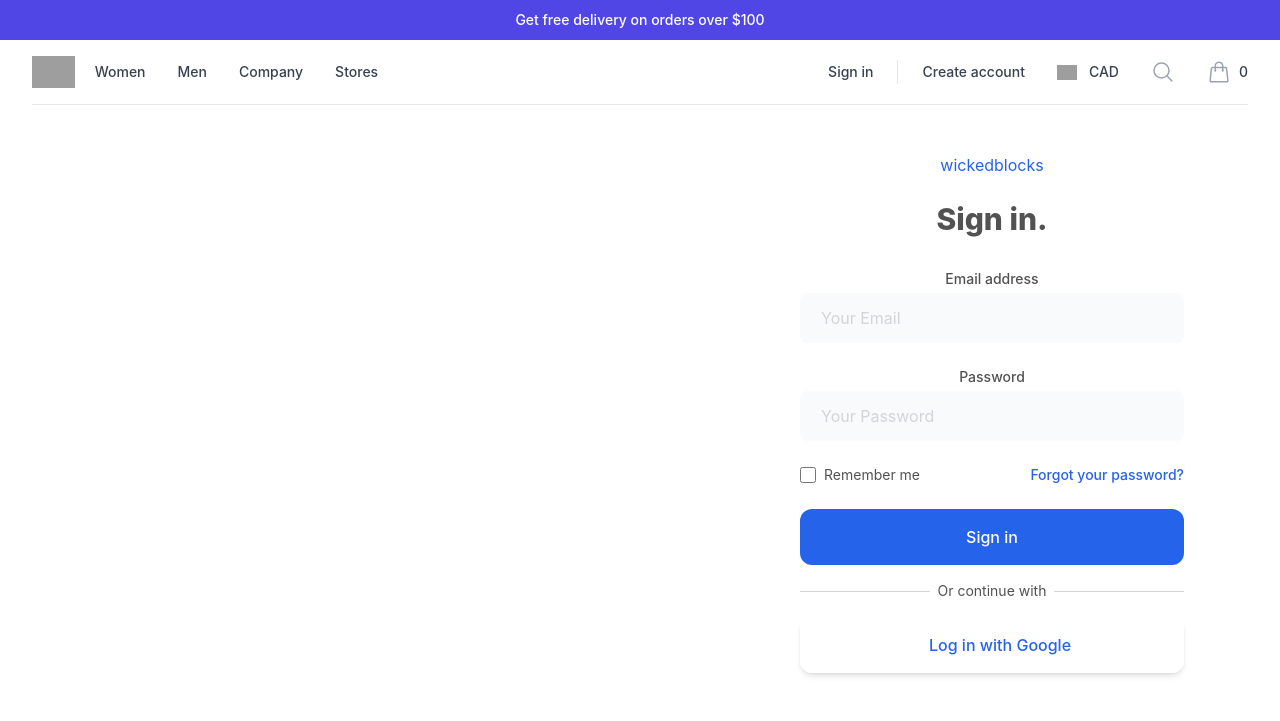
Repository: mehedi9465/Maiden_Wears
Page: /login
An editor plug-in stored every save of this project. The page is shown before and after the next save, followed by the edit.
The browser window is 1280 px wide. The pictures show the whole page.
Pictures or frames that could not be fetched are drawn as grey boxes. The page's requests for data from a server got no answer. The project was rebuilt for these pictures with package versions that can differ from the ones it lists, and the page was loaded fresh each time. No one was signed in, and anything a server would have sent is missing. Also part of the build but not shown: src/Components/Home/Promo/Promo.js, src/Components/Home/NewArrivals/NewArrivals.js, src/Components/Home/Brands/Brands.js, src/Components/Home/Home/Home.js, src/Components/Authentication/Register/Register.js.

Above is the page before, as saved 2022-12-29 19:09:23.

After the next save:
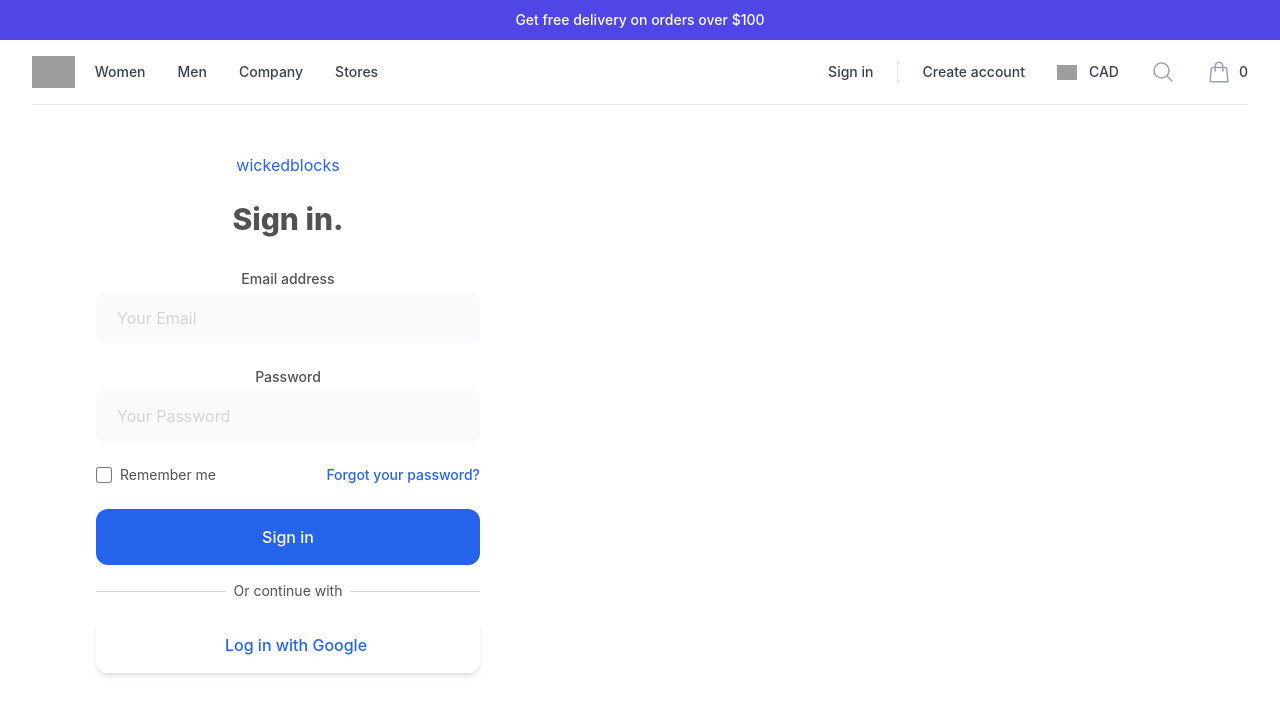
Saved 8 s later.
--- a/src/Components/Authentication/Login/Login.js
+++ b/src/Components/Authentication/Login/Login.js
@@ -5,9 +5,6 @@ const Login = () => {
     <div>
       <section class=" overflow-hidden">
     <div class="flex min- overflow-hidden">
-        <div class="relative flex-1 hidden w-0 overflow-hidden lg:block">
-
-        </div>
         <div class="flex flex-col justify-center flex-1 px-4 py-12 overflow-hidden sm:px-6 lg:flex-none lg:px-20 xl:px-24">
             <div class="w-full max-w-xl mx-auto lg:w-96">
                 <div>
